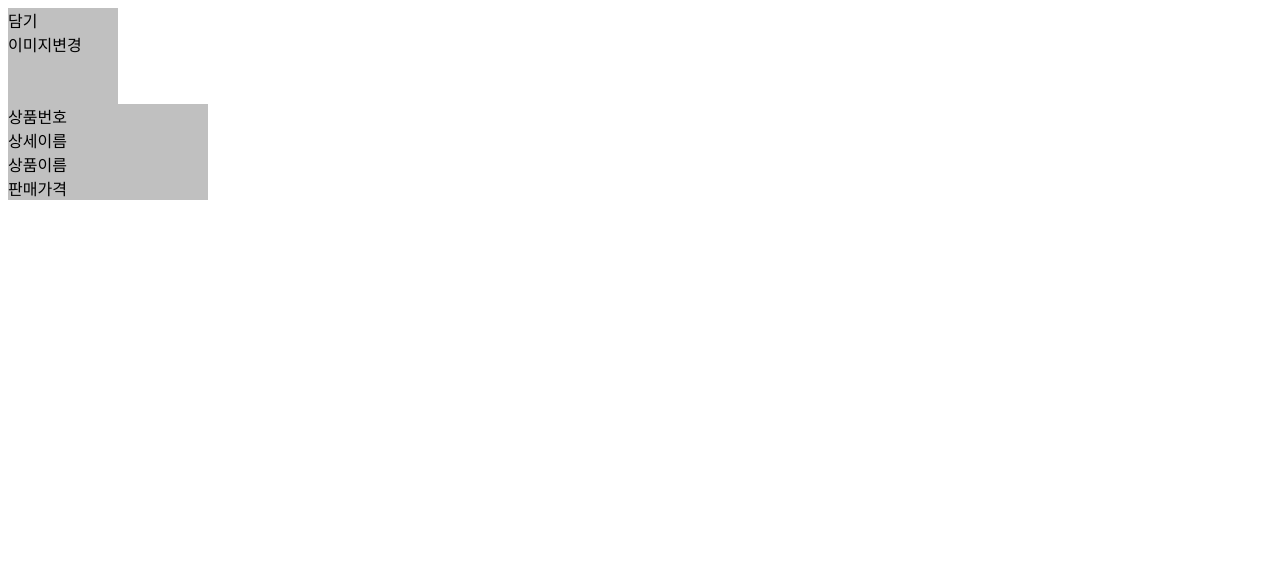
Repository: DevJoeYC/Metabukcs
Page: metabucks/WebContent/PROTO2/product/option.html
The author's editor kept a copy of each file at every save. The page is drawn from the files as they stood at one save, then again after the next save.
The browser window is 1280 px wide. The pictures show the whole page.

Above is the page before, as saved 2022-05-26 06:12:52.

### metabucks/WebContent/PROTO2/product/option.html
<div style="width: 110px; height:6rem; background-color:silver;" class="left">
<div class="btn" onclick="putItemIntoCart();clearOption();">담기</div>
<div class="btn" onclick="UpdateIMG();">이미지변경</div>
</div>

<div style="width: 200px; height:6rem; background-color:silver;" class="left">
상품번호<span id="pro_no"></span><br>
상세이름<span id="pro_name"></span><br>
상품이름<span id="div_name"></span><br>
판매가격<span id="sel_price"></span><br>
</div>

After the next save:
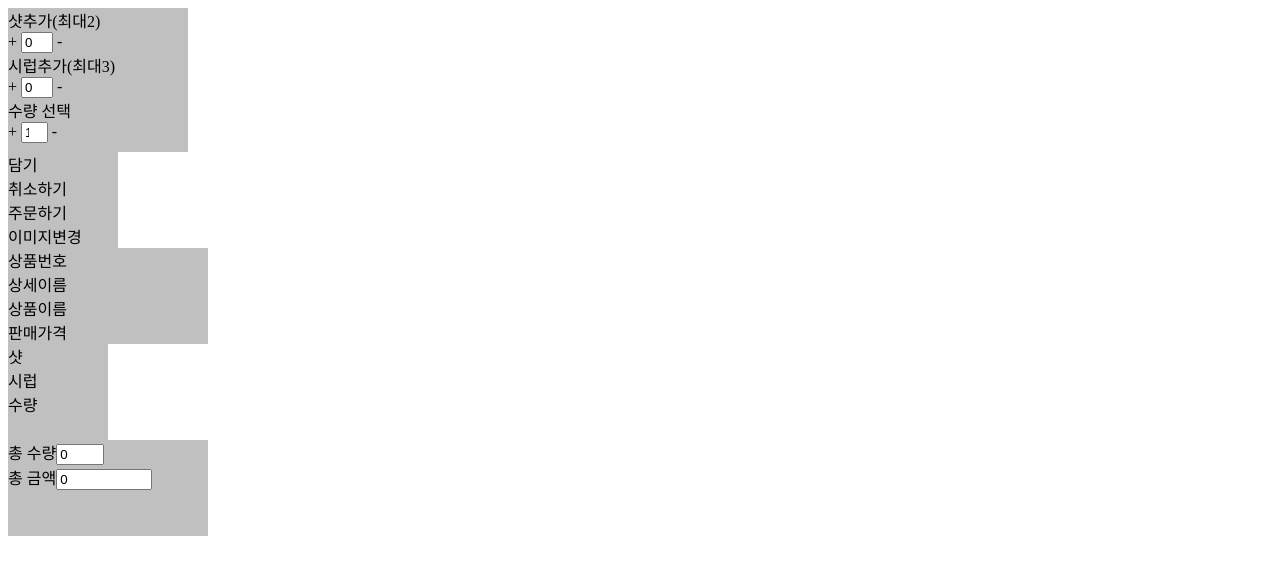
Saved 58 s later.
--- a/metabucks/WebContent/PROTO2/product/option.html
+++ b/metabucks/WebContent/PROTO2/product/option.html
@@ -1,5 +1,22 @@
+<div style="width: 180px; height:9rem; background-color:silver;" class="left">
+샷추가(최대2)<br>
+<span class="plus" onclick="setInputNumber(this,0,2)">+</span>
+<input type="number" value="0" min="0" max="2" style="width:2rem;" class="option" id="opt1">
+<span class="minus" onclick="setInputNumber(this,0,2)">-</span>
+<br>시럽추가(최대3)<br>
+<span class="plus" onclick="setInputNumber(this,0,3)">+</span>
+<input type="number" value="0" min="0" max="3" style="width:2rem;" class="option" id="opt2">
+<span class="minus" onclick="setInputNumber(this,0,3)">-</span>
+<br>수량 선택<br>
+<span class="plus" onclick="setInputNumber(this,1,10)">+</span>
+<input type="number" value="1" min="0" style="width:2em;" class="option" id="opt3">
+<span class="minus" onclick="setInputNumber(this,1,10)">-</span>
+</div>
+
 <div style="width: 110px; height:6rem; background-color:silver;" class="left">
 <div class="btn" onclick="putItemIntoCart();clearOption();">담기</div>
+<div class="btn" onclick="clearCart();">취소하기</div>
+<div class="btn" onclick="order();">주문하기</div>
 <div class="btn" onclick="UpdateIMG();">이미지변경</div>
 </div>
 
@@ -9,3 +26,15 @@
 상품이름<span id="div_name"></span><br>
 판매가격<span id="sel_price"></span><br>
 </div>
+
+<div style="width: 100px; height:6rem; background-color:silver;" class="left">
+샷<span id="sel_opt1"></span><br>
+시럽<span id="sel_opt2"></span><br>
+수량<span id="sel_opt3"></span><br>
+</div>
+
+<div style="width: 200px; height:6rem; background-color:silver;" class="left">
+<div class="cart" id="totalCount">총 수량<input type="number" value="0" id="count" style="width:3rem;" readonly></div>
+<div class="cart" id="totalPrice">총 금액<input type="number" value="0" id="price" style="width:6rem;" readonly></div>
+<div style="width:100px; height:1.5rem; background-color:silver;" id="order_no_list"></div>
+</div>
